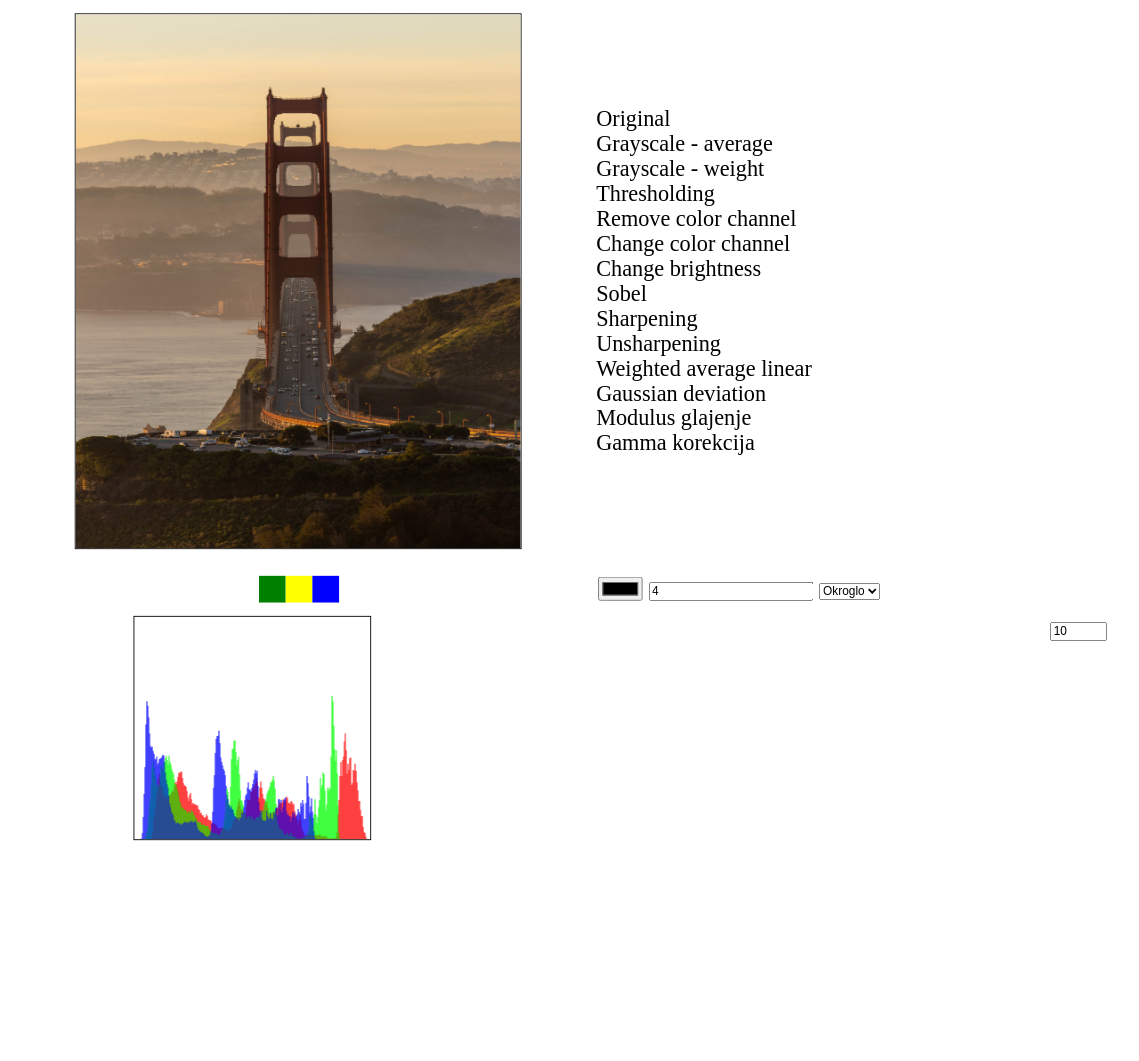
Repository: fussionko/web_photoshop
Page: index.html
An editor plug-in stored every save of this project. The page is shown before and after the next save, followed by the edit.
The browser window is 1280 px wide. The pictures show the whole page, at 89% of full size.

Above is the page before, as saved 2022-04-28 13:31:05.

### index.html
<!doctype html>
<html lang="en">
    <head>
        <meta charset="utf-8">
        <meta name="viewport" content="width=device-width, initial-scale=1">

        <title>Slike</title>
        <link rel="stylesheet" href="style.css">
    </head>
    <body>
        <div id="container-main">
            <canvas id="main_canvas"></canvas>
            <div id="container-buttons"></div>
            <div id="container-controls"></div>
        </div>
        <div id="container-assist">
            <div id="container-history"><div id="history-back"></div><div id="history-fow"></div><div id="history-reset"></div></div>
            <div id="container-color">
                <input type="color" id="color" value="#000000">
                <input type="number" id="brush-size" step="1" value="4">
                <select id="cap-type">
                    <option value="butt">Butt</option>
                    <option value="round" selected>Okroglo</option>
                    <option value="square">Kvadrat</option>
                </select>
            </div>
        </div>
        <div id="container-histogram">
            <canvas id="main-graph"></canvas>
            <div id="container-graph-data">
                <input type="number" id="basket-num" step="1" max="255" min="1" value="10">
            </div>
        </div>
        <script src="filters.js"></script>
        <script src="draw.js"></script>
        <script src="history.js"></script>
        <script src="graph.js"></script>
        <script src="main.js"></script>
    </body>
</html>

### style.css
html {
    margin: 0;
    width: 100%;
    height: 100%;

    background-color: white !important;
}
body {
    margin: 0;

    display: grid;
    align-items: center;

    font-size: 25px;
    background-color: white !important;
    width: 100%;
    height: 100%;

}

#container-main, #container-assist, #container-historgram {
    margin: 15px 0;
}

#container-main {
    width: 100%;
    display: grid;
    grid-template-columns: auto auto 200px;
    align-items: center;
    justify-content: space-evenly;

}
canvas {

    border: 1px solid black;
}

.button-function {
    border: 1px solid black;
    padding: 5px;
    margin: 5px;;
}

#container-assist {
    display: grid;
    grid-template-columns: auto auto ;
    justify-content: space-evenly;
}

#container-history {
    display: flex;

}

#history-back, #history-fow, #history-reset {
    width: 30px;
    height: 30px;
}

#history-fow {
    background-color: yellow;
}

#history-back {
    background-color: green;
}

#history-reset {
    background-color: blue;
}

#container-histogram {
    display: grid;
    grid-template-columns: 1fr 100px;
    margin-left: 150px;
    margin-bottom: 100px;
    height: 500px;
}

### draw.js
function loadDraw()
{
    document.addEventListener('mousemove', draw);
    document.addEventListener('mousedown', function(e){
        setPosition(e);
        draw(e);
    });
    document.addEventListener('mouseenter', setPosition);
    document.addEventListener('mouseup', function(e){
        if(e.clientX > canvas_x_position + canvas_width || e.clientX < canvas_x_position) return;
        if(e.clientY > canvas_y_position + canvas_height || e.clientY < canvas_y_position) return;
        loadImage(getPixelData());
    });

    document.getElementById("color").addEventListener("change", function(){
        draw_color = this.value;
        console.log(draw_color);
    });

    document.getElementById("brush-size").addEventListener("change", function(){
        brush_size = parseInt(this.value);
        console.log(brush_size);
    });

    document.getElementById("cap-type").addEventListener("change", function(){
        cap_type = this.value;
        console.log(cap_type);
    });
}

let pos = {x:0, y:0}

function setPosition(e)
{
    pos.x = e.clientX - canvas_x_position;
    pos.y = e.clientY - canvas_y_position;
}

let draw_color = "#000000";
let brush_size = 4;
let cap_type = "round";
function draw(e)
{
    if (e.buttons !== 1) return;

    main_ctx.beginPath(); // begin

    main_ctx.lineWidth = brush_size;
    main_ctx.lineCap = cap_type;
    main_ctx.strokeStyle = draw_color;

    main_ctx.moveTo(pos.x, pos.y); // from
    setPosition(e);
    main_ctx.lineTo(pos.x, pos.y); // to

    main_ctx.stroke(); // draw it!


}

function delete_draw(e)
{
    if (e.buttons !== 1) return;

    main_ctx.beginPath(); // begin

    main_ctx.lineWidth = brush_size;
    main_ctx.lineCap = 'round';
    main_ctx.strokeStyle = draw_color;

    main_ctx.moveTo(pos.x, pos.y); // from
    setPosition(e);
    main_ctx.lineTo(pos.x, pos.y); // to

    main_ctx.stroke(); // draw it!
}

### history.js
function loadHistory()
{
    document.getElementById("history-back").addEventListener("click", function(){
        if(moveBackwardHistory() == -1) return;
        loadImageHistory();
    })

    document.getElementById("history-fow").addEventListener("click", function(){
        if(moveFowardHistory() == -1) return;
        loadImageHistory();
    })

    document.getElementById("history-reset").addEventListener("click", function(){
        let draw_image = new ImageData(canvas_width, canvas_height);
        draw_image.data.set(original_img_data);
        history = [draw_image.data];
        currentHistoryIndex = 1;
        current_filter_data["filter"] = "original";
        current_filter_data["index"] = 1;
        current_filter_data["data"] = draw_image.data;
        loadImageHistory();
    })
}

let history = [];
let currentHistoryIndex = 0;
function addToHistory(img_data)
{
    if(checkSame(img_data, history[history.length-1]) == 1) return;
    if(currentHistoryIndex != history.length)
        removeHistoryToIndex();

    history.push(img_data);
    currentHistoryIndex++;
}

function removeHistoryToIndex()
{
    history.splice(currentHistoryIndex, history.length-currentHistoryIndex)
}

function moveFowardHistory()
{
    if(currentHistoryIndex+1 > history.length) return -1;
    currentHistoryIndex++;
    return 1;
}

function moveBackwardHistory()
{
    if(currentHistoryIndex-1 <= 0) return -1;
    currentHistoryIndex--;
    return 1;
}

function getCurrentHistory()
{
    return history[currentHistoryIndex];
}

### graph.js

const graph_width = 265;
const graph_height = 250;

let main_graph;
let graph_ctx;

let normalization_value = 35;
let graph_offset = 5;


function initGraph()
{

    main_graph = document.getElementById("main-graph");
    graph_ctx = main_graph.getContext('2d');
    main_graph.width = graph_width;
    main_graph.height = graph_height;

    document.getElementById("basket-num").addEventListener("change", function(){
        basket_num = parseInt(this.value);
    });

    create_graph()
}

let basket_num = 10;
let basket_size = Math.round(255/basket_num);
const graph_template = {
    "r":{},
    "g":{},
    "b":{}
}
let graph = JSON.parse(JSON.stringify(graph_template));

function create_graph()
{
    // graph = JSON.parse(JSON.stringify(graph_template));
    // for(let i = 1; i <= basket_num; i++)
    // {
    //     graph["r"][basket_size*i] = 0;
    //     graph["g"][basket_size*i] = 0;
    //     graph["b"][basket_size*i] = 0;
    // }
    graph = JSON.parse(JSON.stringify(graph_template));
    for(let i = 0; i <= 255; i++)
    {
        graph["r"][i] = 0;
        graph["g"][i] = 0;
        graph["b"][i] = 0;
    }
}

function count_Pixel(img_data)
{
    let ranges = Object.keys(graph["r"]);
    console.log(ranges);
    // for(let i = 0; i < img_data.length; i+=4)
    // {
    //     for(const key in ranges)
    //         if(img_data[i] < parseInt(ranges[key]))
    //         {
    //             graph["r"][ranges[key]]++;
    //             break;
    //         }
    //     for(const key in ranges)
    //         if(img_data[i+1] < parseInt(ranges[key]))
    //         {
    //             graph["g"][ranges[key]]++;
    //             break;
    //         }
    //     for(const key in ranges)
    //         if(img_data[i+2] < parseInt(ranges[key]))
    //         {
    //             graph["b"][ranges[key]]++;
    //             break;
    //         }
    // }
    console.log(graph);
    for(let i = 0; i < img_data.length; i+=4)
    {

        graph["r"][ranges[img_data[i]]]++;
        graph["g"][ranges[img_data[i+1]]]++;
        graph["b"][ranges[img_data[i+2]]]++;
    }


    normalizeGraph();
    console.log(graph);
    draw_graph();
}

function normalizeGraph()
{
    console.log(normalization_value);
    for(const c in graph)
        for(const range in graph[c])
            graph[c][range] = Math.round(graph[c][range]/normalization_value);
}

function draw_graph()
{
    graph_ctx.lineWidth = 1;
    console.log(graph);
    for(let range in graph["r"])
    {
        range = parseInt(range);

        graph_ctx.beginPath();
        graph_ctx.moveTo(graph_offset+range, graph_height);
        graph_ctx.strokeStyle = "#FF0000";
        graph_ctx.lineTo(graph_offset+range, graph_height-graph["r"][range]);
        graph_ctx.stroke();
        graph_ctx.closePath();

        graph_ctx.beginPath();
        graph_ctx.moveTo(graph_offset+range, graph_height);
        graph_ctx.strokeStyle = "#00FF00";
        graph_ctx.lineTo(graph_offset+range, graph_height-graph["g"][range]);
        graph_ctx.stroke();
        graph_ctx.closePath();

        graph_ctx.beginPath();
        graph_ctx.moveTo(graph_offset+range, graph_height);
        graph_ctx.strokeStyle = "#0000FF";
        graph_ctx.lineTo(graph_offset+range, graph_height-graph["b"][range]);
        graph_ctx.stroke();
        graph_ctx.closePath();
    }


}

Loaded but not shown: main.js (433 lines, source omitted); filters.js (443 lines, source omitted)

After the next save:
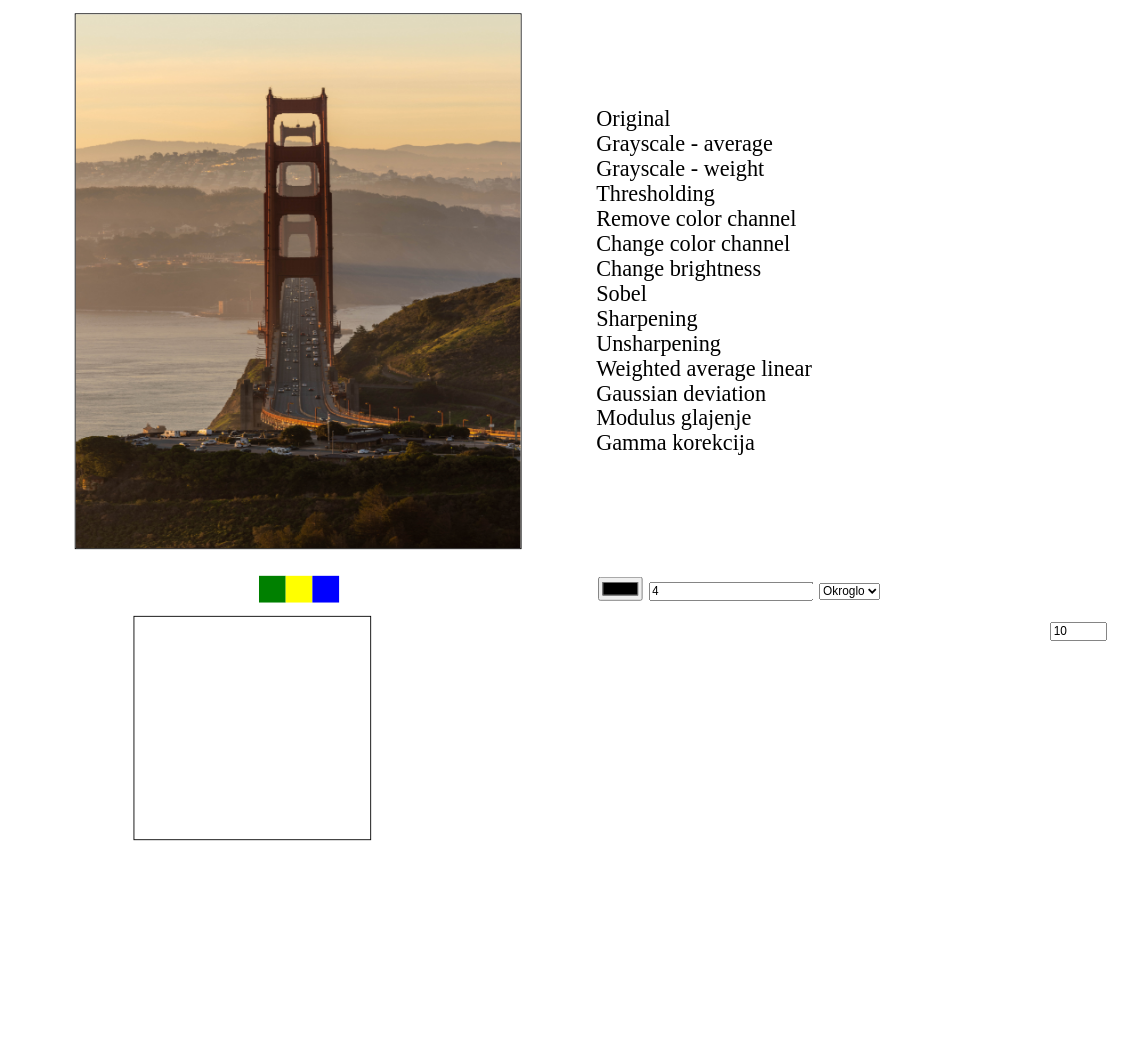
Console error: ReferenceError: context is not defined
Saved 36 min 6 s later.
--- a/graph.js
+++ b/graph.js
@@ -99,6 +99,12 @@
             graph[c][range] = Math.round(graph[c][range]/normalization_value);
 }
 
+
+async function drawLine(x1, y1, x2, y2)
+{
+
+}
+
 function draw_graph()
 {
     graph_ctx.lineWidth = 1;
@@ -110,6 +116,7 @@
         graph_ctx.beginPath();
         graph_ctx.moveTo(graph_offset+range, graph_height);
         graph_ctx.strokeStyle = "#FF0000";
+        context.bezierCurveTo(cp1x,cp1y,cp2x,cp2y,x,y);
         graph_ctx.lineTo(graph_offset+range, graph_height-graph["r"][range]);
         graph_ctx.stroke();
         graph_ctx.closePath();

After the 4 saves that followed:
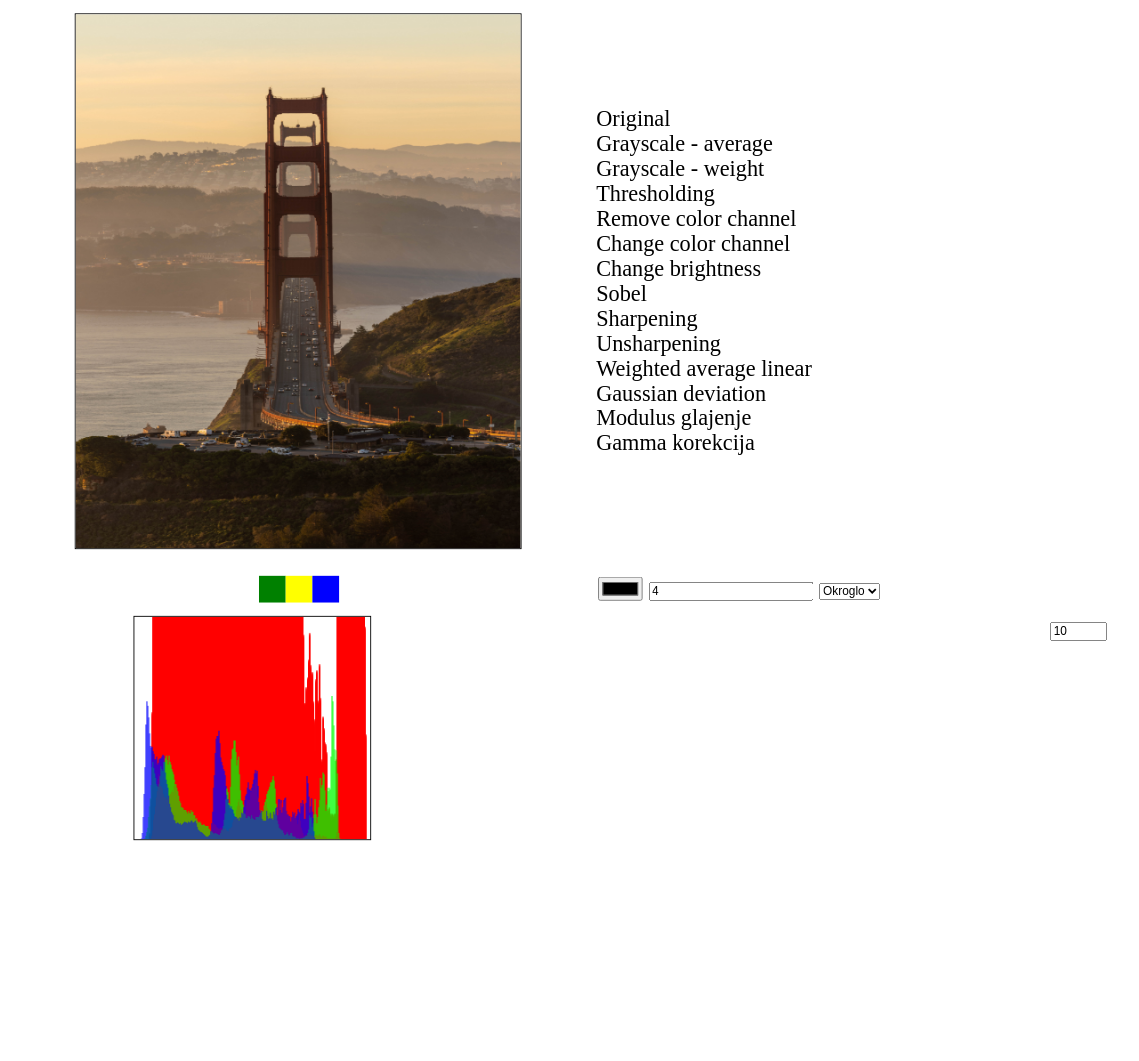
The error is gone.
The 4 saves are shown as one change because 3 left the picture as it was.
The last was saved 6 min 8 s later.
--- a/graph.js
+++ b/graph.js
@@ -83,6 +83,7 @@
         graph["r"][ranges[img_data[i]]]++;
         graph["g"][ranges[img_data[i+1]]]++;
         graph["b"][ranges[img_data[i+2]]]++;
+        drawLine(graph_offset+img_data[i], graph_height, graph_offset+img_data[i], graph_height-graph["r"][ranges[img_data[i]]], "#FF0000")
     }
 
 
@@ -100,9 +101,16 @@
 }
 
 
-async function drawLine(x1, y1, x2, y2)
+async function drawLine(x1, y1, x2, y2, color)
 {
+    graph_ctx.beginPath();
 
+    graph_ctx.strokeStyle = color;
+    graph_ctx.moveTo(x1, y1);
+    graph_ctx.lineTo(x2, y2);
+    graph_ctx.stroke();
+
+    graph_ctx.closePath();
 }
 
 function draw_graph()
@@ -116,7 +124,7 @@
         graph_ctx.beginPath();
         graph_ctx.moveTo(graph_offset+range, graph_height);
         graph_ctx.strokeStyle = "#FF0000";
-        context.bezierCurveTo(cp1x,cp1y,cp2x,cp2y,x,y);
+
         graph_ctx.lineTo(graph_offset+range, graph_height-graph["r"][range]);
         graph_ctx.stroke();
         graph_ctx.closePath();
